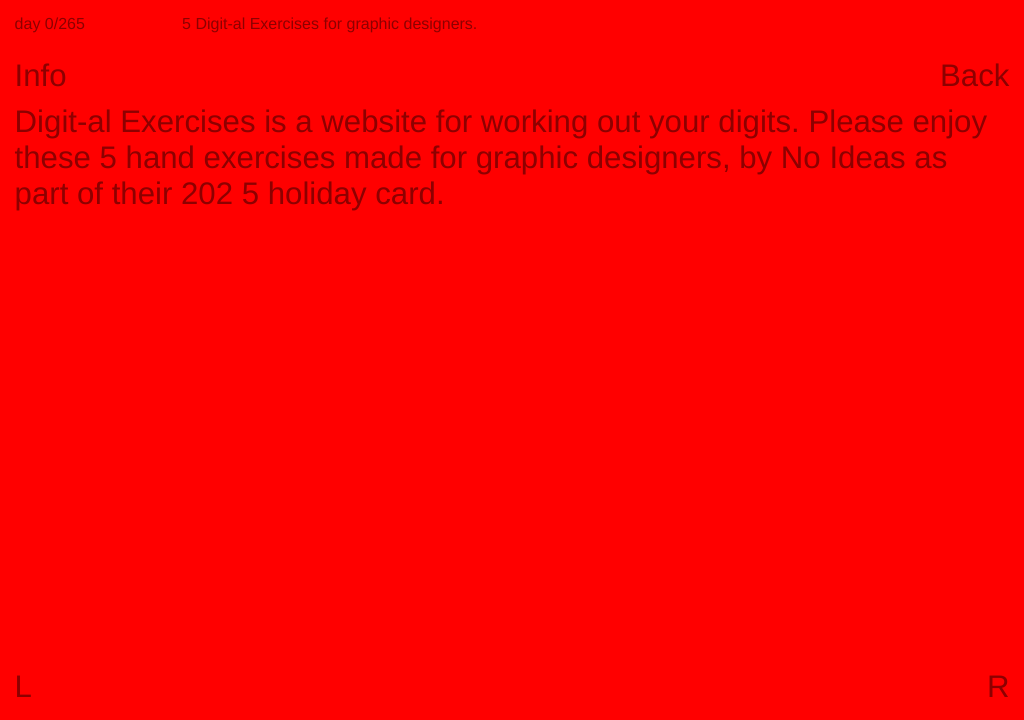
Repository: NoIdeasStudio/holiday-card-2024
Page: info.html
The author's editor kept a copy of each file at every save. The page is drawn from the files as they stood at one save, then again after the next save.
The browser window is 1024 px wide. The pictures show the whole page.

Above is the page before, as saved 2024-12-12 16:21:24.

### info.html
<!DOCTYPE html>
<html lang="en">
<head>
    <meta charset="UTF-8">
    <meta name="viewport" content="width=device-width, initial-scale=1.0">
    <title>Info</title>
    <link rel="stylesheet" href="style.css">
    <style>
        body {background-color:red;}
      </style>
</head>
<body>

    <div class="wrapper">


        <header class="small-text header-1">day 0/265</header>
        <header class="small-text header-2">5 Digit-al Exercises for graphic designers.</header>

        <!-- Preview -->
        <content class="large-text content-header-1">Preview</content>
        <footer class="large-text content-footer-2">L R</footer>

        <!-- Info -->
        <content class="large-text content-header-2">Info</content>
        <content class="large-text content-header-2-mobile">Info</content>
                <div class="large-text content-info">Digit-al Exercises is a website for working out your digits. Please enjoy these 5 hand exercises made for graphic designers, by No Ideas as part of their 202 5 holiday card. </div>
        <content class="large-text content-header-4"><a href="./exercise-1.html">Back</a></content>
        <content class="large-text content-header-4-mobile"><a href="./exercise-1.html">Back</a></content>

    </div>

</body>

<!-- <script src="./p5.min.js" async defer></script>
<script src="https://unpkg.com/ml5@1/dist/ml5.js" async defer></script>
<script src="./sketch.js" async defer></script> -->

</html>

### style.css

* {
    box-sizing: border-box;
    color: #8D0000;
    margin: 0%;
    padding: 0%;
  }
  body{
    background-color: transparent;
  }
  .wrapper {
    height: 100vh;
    width: 100vw;
    position: fixed;
    margin: 0 auto;
    display: grid;
    grid-template-columns: repeat(6, [col-start] 4fr);
    grid-template-rows: repeat(16, [row-start] 4fr);
    gap: .8rem;
    padding: .6rem;

  }

  .back{
    background-color: #FF0000;
    width: 100vw;
    height: 100vh;
    z-index: -3;
  }

  /* all the landmarks */

  .landmark-div {
    position: absolute;
    transform: translate(-50%, -50%); /* Center the div at the wrist position */
  }

  .wrapper > * {
    padding: 5px;
  }

  .popup{
    /* position: fixed; */
    position: absolute;
    background-color: #8D0000;
    text-align: center;
    justify-content: center;
    grid-column: col-start 3 / span 2;
    padding: .5em;
    grid-row: 6;
  }
  #got-it{
    color: #FF0000;
  }

  .large-text{
    font: 1.95em Helvetica, arial, sans-serif;
  }
  .large-text-light{
    font: 1.95em Helvetica, arial, sans-serif;
    color: #FF0000;
  }
  .small-text{
    font: 1em Helvetica, arial, sans-serif;
  }
  a{
    text-decoration: none;
  }
  a:hover{
    text-decoration: underline dashed ;
    text-underline-offset: .15em;
  }

  span{
    text-decoration: none;
  }
  span:hover{
    text-decoration: underline dashed ;
    text-underline-offset: .15em;
  }

  .header-1{
    grid-column: col-start 1 / span 1;
    grid-row: 1 / 1;
  }
  .header-2{
    grid-column: col-start 2 / span 1;
    grid-row: 1 / 1;
  }
  .header-3{
    grid-column: col-start 6 / span 1;
    grid-row: 1 / 1;
    text-align: right;
  }

    /* Preview */
    .content-header-1{
        grid-column: col-start 1 / span 1;
        grid-row: 2 ;
    }
            .img-1{
                grid-column: col-start 1 / span 1;
                grid-row: 3 / 6;
            }
            .img-2{
                grid-column: col-start 1 / span 1;
                grid-row: 6/ 9;
            }
            .img-3{
                grid-column: col-start 1 / span 1;
                grid-row: 9 / 12;
            }
            .img-4{
                grid-column: col-start 1 / span 1;
                grid-row: 12 / 15;
            }

/* Movement */
  .content-header-2{
    grid-column: col-start 3 / span 2;
    grid-row: 2 ;
    display: block;
  }
  .content-header-2-mobile{
    grid-column: col-start 3 / span 2;
    grid-row: 2 ;
    display: none;
  }
            .movement-video{
                background-color: transparent;
                grid-column: col-start 3 / span 3;
                grid-row: 3 / 16 ;
            }

            .content-info{
                grid-column: col-start 3 / span 3;
                grid-row: 3 / 16 ;
            }

  .content-header-3{
    grid-column: col-start 5 / span 1;
    grid-row: 2 ;
    text-align: right;
    z-index: 2;
  }

            canvas {
                width: 100vw;  /* Set width to 100% of the viewport width */
                height: 120vh; /* Set height to 100% of the viewport height */
                position: fixed;
                margin: 0%;
                padding: 0em;
                left: 0em;
                top: 0em;
                z-index: -2;
             }
            video{
                display: none;
            }


  .content-header-4{
    grid-column: col-start 6 / span 1;
    grid-row: 2 ;
    text-align: right;
    display: block;
  }
  .content-header-4-mobile{
    grid-column: col-start 6 / span 1;
    grid-row: 2 ;
    text-align: right;
    display: none;
  }

  .content-footer-1{
    grid-column: col-start 1 / span 1;
    grid-row: 15 ;
    text-align-last: justify;
    vertical-align: bottom;
  }
  .content-footer-2{
    grid-column: col-start 1 / span 1;
    grid-row: 16 ;
    text-align-last: justify;
    vertical-align: bottom;
  }
  .content-footer-3{
    grid-column: col-start 3 / span 2;
    grid-row: 16 ;
  }
  .content-footer-4{
    grid-column: col-start 5 / span 2;
    grid-row: 16 ;
    text-align: right;
  }

  .content-footer-4b{
    grid-column: col-start 5 / span 2;
    grid-row: 16 ;
    text-align: right;
  }



  @media (max-width: 1070px) {

    .wrapper {
        height: 100vh;
        width: 100vw;
        position: fixed;
        margin: 0 auto;
        display: grid;
        grid-template-columns: repeat(6, [col-start] 4fr);
        grid-template-rows: repeat(16, [row-start] 4fr);
        gap: 0rem;
        padding: .6rem;
      }

      .popup{
        /* position: fixed; */
        position: absolute;
        background-color: #8D0000;
        text-align: center;
        justify-content: center;
        grid-column: col-start 2 / span 4;
        padding: .5em;
        grid-row: 4 / 6;
      }

      .header-1{
        grid-column: col-start 1 / span 2;
        grid-row: 1 / 1;
      }

      .header-2{
        grid-column: col-start 2 / span 2;
        grid-row: 1 / 1;
      }

      .header-3{
        grid-column: col-start 6 / span 1;
        grid-row: 1 / 1;
        text-align: right;
      }

    /* Preview */
    .content-header-1{
        grid-column: col-start 2 / span 4;
        grid-row: 13 / 16 ;
        display: none;
    }
            .img-1{
                grid-column: col-start 2 / span 1;
                grid-row: 14 / 16;
                vertical-align: bottom;
            }
            .img-2{
                grid-column: col-start 3 / span 1;
                grid-row: 14 / 16;
                vertical-align: bottom;
            }
            .img-3{
                grid-column: col-start 4 / span 1;
                grid-row: 14 / 16;
                vertical-align: bottom;
            }
            .img-4{
                grid-column: col-start 5 / span 1;
                grid-row: 14 / 16;
                vertical-align: bottom;
            }

.content-header-2{
    display: none;
}
.content-header-2-mobile{
    grid-column: col-start 1 / span 2;
    grid-row: 2 ;
    display: block;
  }
        .movement-video{
            background-color: transparent;
            grid-column: col-start 1 / span 6;
            grid-row: 3 / 14 ;
        }

        .content-info{
            grid-column: col-start 1 / span 6;
            grid-row: 3 / 16 ;
        }

 .content-header-3{
    grid-column: col-start 1 / span 1;
    grid-row: 2 ;
    text-align: left;
    z-index: 2;
 }

                        canvas {
                            width: 100vw;  /* Set width to 100% of the viewport width */
                            height: 100vh; /* Set height to 100% of the viewport height */
                            position: fixed;
                            margin: 0%;
                            padding: 0em;
                            left: 0em;
                            top: 0em;
                            z-index: -2;
                         }
                        video{
                            display: none;
                        }


  .content-header-4{
    display: none;
  }

  .content-header-4-mobile{
    grid-column: col-start 6 / span 1;
    grid-row: 2 ;
    text-align: right;
    display: block;
  }

  .content-footer-1{
    grid-column: col-start 1 / span 6;
    grid-row: 15 ;
    text-align-last: justify;
    vertical-align: bottom;
  }
  .content-footer-2{
    grid-column: col-start 1 / span 6;
    grid-row: 16 ;
    text-align-last: justify;
    vertical-align: bottom;
  }
  .content-footer-3{
    display: none;
  }
  .content-footer-4{
    grid-column: col-start 5 / span 2;
    grid-row: 2 ;
    text-align: right;
  }

  .content-footer-4b{
    grid-column: col-start 5 / span 2;
    grid-row: 12 ;
    text-align: right;
  }

  }

After the next save:
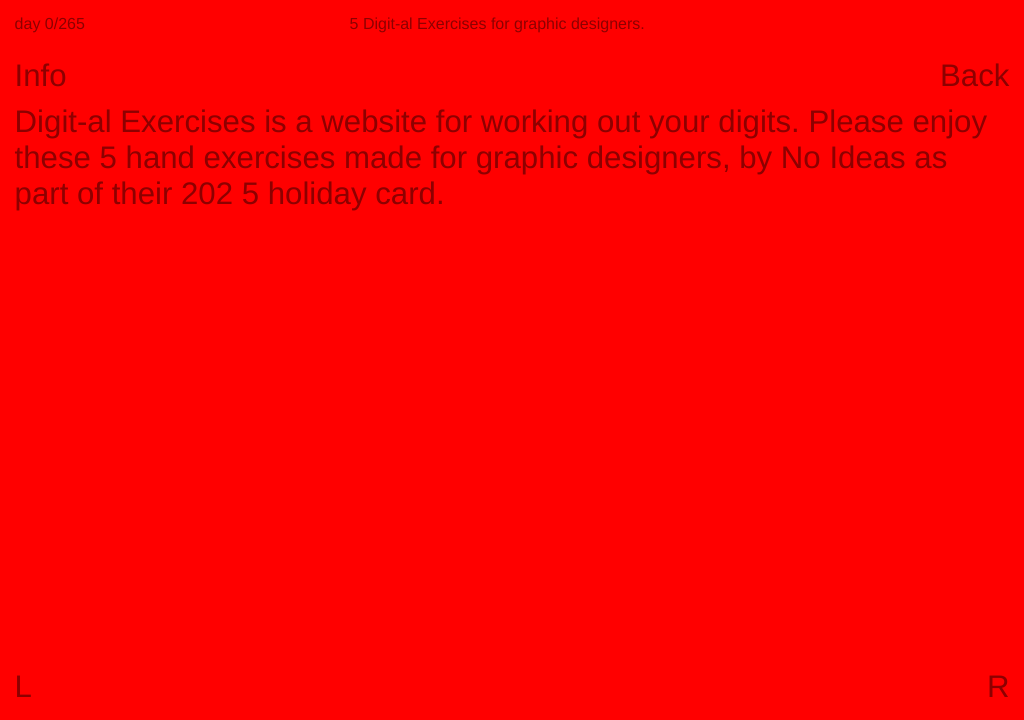
Saved 4 s later.
--- a/style.css
+++ b/style.css
@@ -233,7 +233,7 @@
       }
 
       .header-2{
-        grid-column: col-start 2 / span 2;
+        grid-column: col-start 3 / span 2;
         grid-row: 1 / 1;
       }
 
